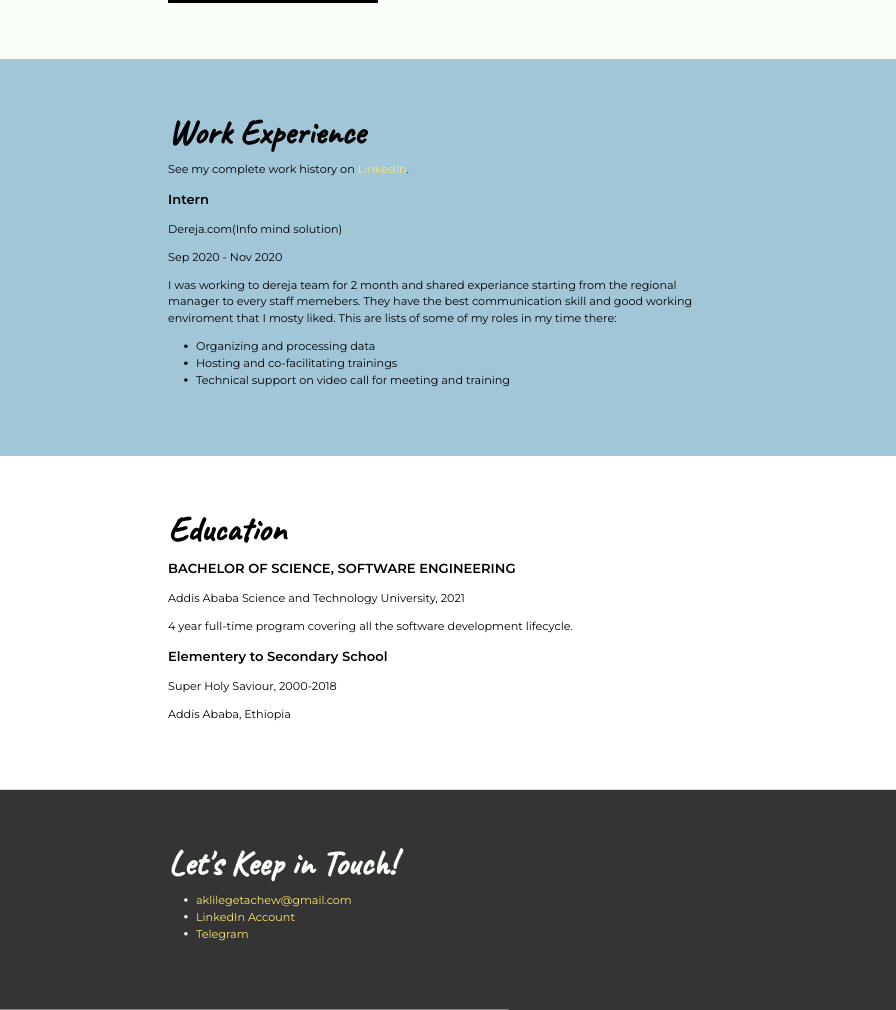
Repository: Aklilegetachew/my-Portfolio
Page: index.html
The author's editor kept a copy of each file at every save. The page is drawn from the files as they stood at one save, then again after the next save.
The browser window is 1280 px wide. The pictures show the part of the page from y = 1325 to 3245 px (the page is 2768 px tall before and 3245 px after), at 70% of full size.

Above is the page before, as saved 2021-11-23 17:45:14.

### index.html
<!DOCTYPE html>
<html lang="en">
  <head>
    <meta charset="UTF-8">
    <meta name="viewport" content="width=device-width, initial-scale=1.0">
    <title>Aklile Getachew, Software Engineer</title>
     <link href="https://fonts.googleapis.com/css?family=Caveat|Montserrat:400,600&display=swap" rel="stylesheet">
    <link rel="stylesheet" href="css/styles.css">
  </head>
  <body>
    <main>
      <!-- ***********************  ABOUT / PROFILE  *********************** -->
      <header>
        <div class="content-wrap">
          <h1>Aklile Getachew</h1>
          <h2>Software Developer + Graphics Designer</h2>

          <p>Motivated software engineering graduate and technology enthusiast seeking
            to pursue an opportunity with a growing organization that will utilize and
            enhance my knowledge in software development or Information Technology</p>
          <p>I’m also exploring more creative pursuits on Graphic designing </p>
        </div>
      </header>

      <!-- ********************  PROJECTS / PORTFOLIO  ********************* -->
      <section class="projects">
        <div class="content-wrap divider">
          <h2>Featured Projects</h2>
          <p>View selected projects below. More information can be found at <a href="http://christinatruong.com">my gitlab account. </a>.</p>

          <!-- Project 1 -->
          <section class="project-item">
            <img src="images/brana-home.jpg" alt="brana-home-page">
            <h3>Brana Mobile application</h3>
            <p>Brana Audiobook Purchasing Application will provide audio books in different local languages
              for different target groups. Our application will provide book for students, readers, scientist,
              engineers, and researchers. This audio books will be from different category and with different
              genre to address most of the social groups.</p>
            <a class="btn" href="https://gitlab.com/bisrathailu793/brana/-/tree/master" target="_blank">See on Gitlab </a>
          </section>

          <!-- Project 2
          <section class="project-item">
            <img src="images/project-women-tech.jpg" alt="website thumbnail">
            <h3>Women&&Tech</h3>
            <p>Women&&Tech was launched in 2012 to feature interviews with different women working in the tech industry. I became familiar with them when I was invited to be one of the interviewees! A few years later, I joined the team and helped with the relaunch of the site as the front-end architect.</p>
            <a class="btn" href="http://christinatruong.com/projects/women-and-tech-redesign.html" target="_blank">View the case study</a>
          </section>

           Project 3
          <section class="project-item">
            <img src="images/project-wire-ipsum.jpg" alt="website thumbnail">
            <h3>The Wire Ipsum</h3>
            <p>After coming back from teaching a JavaScript workshop, I felt inspired to create something just for fun. I realized that of all the content/lorem ipsum generators available, there was nothing for HBO’s The Wire fans. I searched for <a href="http://thewireipsum.com" target="_blank">thewireipsum.com</a> domain and it was available! Generate some content for your projects today.</p>
            <a class="btn" href="http://thewireipsum.com" target="_blank">View live site</a>
          </section>-->
        </div>
      </section>

      <!-- ***********************  WORK EXPERIENCE  *********************** -->
      <section class="work-experience">
        <div class="content-wrap divider">
          <h2>Work Experience</h2>
          <p>See my complete work history on <a href="https://www.linkedin.com/in/aklile-getachew-673050181/">LinkedIn</a>.</p>

          <!-- Job 1 -->
          <section class="job-item">
            <div class="job-details">
              <h3>Intern</h3>
              <p>Dereja.com(Info mind solution) </p>
              <p>Sep 2020 - Nov 2020</p>
            </div>
            <div class="job-summary">
              <p>I was working to dereja team for 2 month and  shared experiance starting from the regional manager to every staff memebers. They have the best communication skill and good working enviroment that I mosty liked. This are lists of some of my roles in my time there:</p>
              <ul>
                <li>Organizing and processing data</li>
                <li>Hosting and co-facilitating trainings</li>
                <li>Technical support on video call for meeting and training</li>
              </ul>
            </div>
          </section>
        </div>
      </section>

      <!-- ******************  EDUCATION & CERTIFICATIONS ****************** -->
      <section class="education item-details">
        <div class="content-wrap">
          <h2>Education</h2>

          <section>
            <h3>BACHELOR OF SCIENCE, SOFTWARE ENGINEERING</h3>
            <p>Addis Ababa Science and Technology University, 2021</p>
            <p>4 year full-time program covering all the software development lifecycle.</p>
          </section>

          <section>
            <h3>Elementery to Secondary School</h3>
            <p>Super Holy Saviour, 2000-2018</p>
            <p>Addis Ababa, Ethiopia </p>
          </section>
        </div>
      </section>

      <!-- *****************  CONTACT INFO / SOCIAL MEDIA  ***************** -->
      <footer>
        <div class="content-wrap">
          <h2>Let's Keep in Touch!</h2>

          <!-- Social media and contact links. Add or remove any networks. -->
          <ul class="contact-list">
            <li><a href="aklilegetachew@gmail.com">aklilegetachew@gmail.com</a></li>
            <li><a href="https://www.linkedin.com/in/aklile-getachew-673050181/" target="_blank">LinkedIn Account</a></li>
            <li><a href="https://t.me/AKG47" target="_blank">Telegram</a></li>
          </ul>
        </div>
      </footer>
    </main>
  </body>
</html>

### css/styles.css
/*
COLOR PALETTE
https://coolors.co/f7fff7-343434-2f3061-ffe66d-a1c6d7
#F7FFF7 - almost white
#343434 - dark gray - almost black
#2F3061 - blue dark
#FFE66D - yellow
#A1C6D7 - blue light
*/

/* global
======================================================*/
img{
    width: 300px;
    height: 640px;
}
a{
    color: #FFE66D ;
    text-decoration: none;
}
body{
    margin: 0;
    padding: 0;
    font-family: 'Montserrat', sans-serif;
    line-height: 1.5em;
}
h1{
    font-size: 90px;
    margin: 0;

}
h2{
    margin: 0;
    font-size: 50px;
}
h1, h2 {
    font-family: 'Caveat', cursive;
    line-height: 1em;
}
.content-wrap{
    width: 800px;
    margin: 0 auto;
    padding: 80px 0;
}

/* Heading
======================================================*/
header{
    background-color: #2F3061 ;
    color: #F7FFF7;
}



/* projects
======================================================*/

.projects{
    background-color: #F7FFF7 ;

}

.project-item{
    clear: both;
    margin-top: 60px;
    display: inline-block;
}
.project-item h3{
    margin-top: 0;
}

.project-item img{
    float: left;
    margin-right: 20px;
    width: 300px;
    height: 640px;
}

.projects a{
    color: #343434 ;

}
.projects .btn{
    color: #F7FFF7;
    background-color: #2F3061;
    text-decoration: none;
    padding: 8px;
    border-radius: 4px;
    display: inline-block;
}

/* Work experiance
=======================================================*/
.work-experience{
    background-color: #A1C6D7;

}

/* footer
=======================================================*/
footer{
    background-color: #343434 ;
    color: #F7FFF7;
}

After the next save:
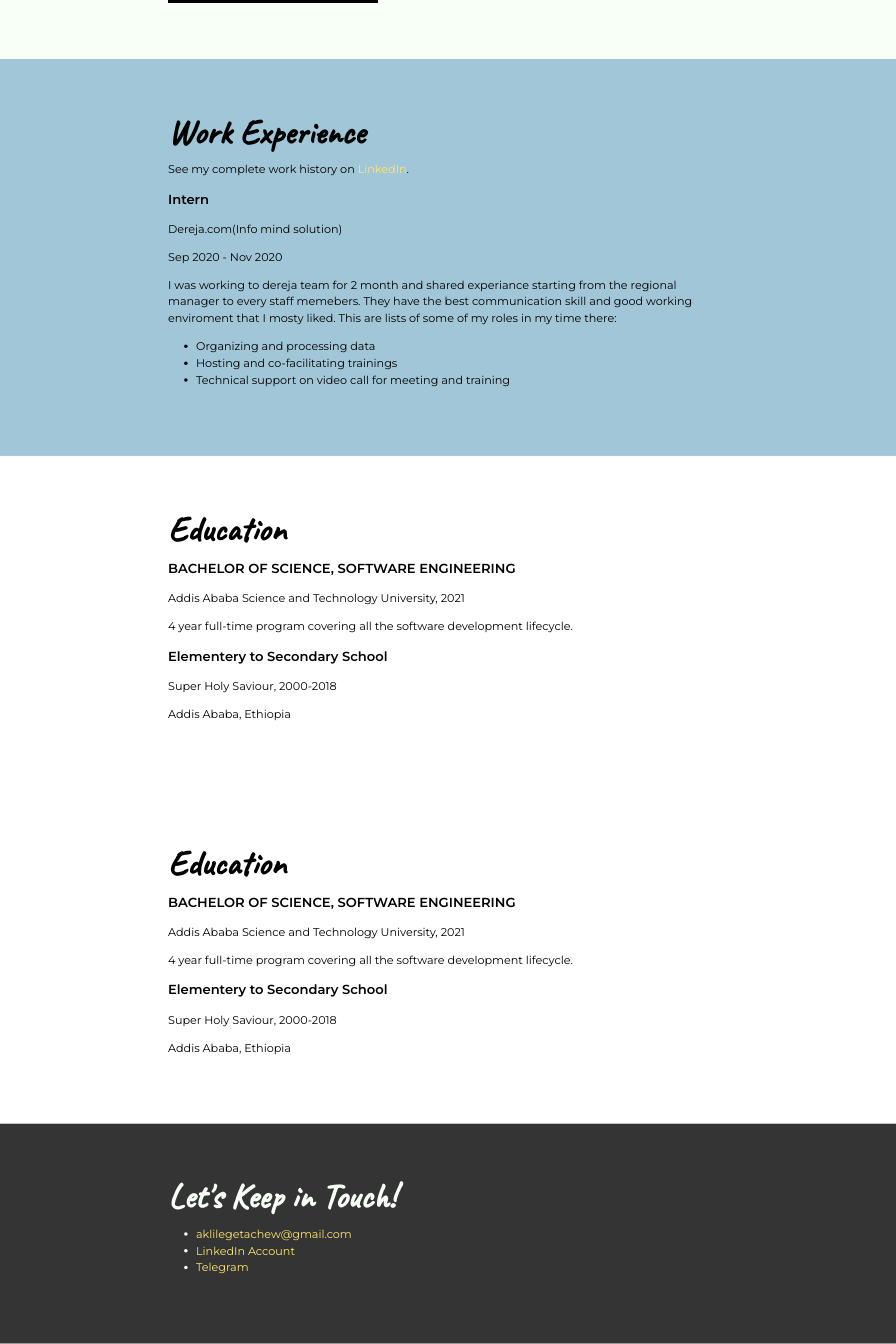
Saved 4 min 46 s later.
--- a/index.html
+++ b/index.html
@@ -101,6 +101,25 @@
         </div>
       </section>
 
+      <!-- ******************  E X T R A C U R R I C U L A R A C T I V I T Y ****************** -->
+      <section class="education item-details">
+        <div class="content-wrap">
+          <h2>Education</h2>
+
+          <section>
+            <h3>BACHELOR OF SCIENCE, SOFTWARE ENGINEERING</h3>
+            <p>Addis Ababa Science and Technology University, 2021</p>
+            <p>4 year full-time program covering all the software development lifecycle.</p>
+          </section>
+
+          <section>
+            <h3>Elementery to Secondary School</h3>
+            <p>Super Holy Saviour, 2000-2018</p>
+            <p>Addis Ababa, Ethiopia </p>
+          </section>
+        </div>
+      </section>
+
       <!-- *****************  CONTACT INFO / SOCIAL MEDIA  ***************** -->
       <footer>
         <div class="content-wrap">
